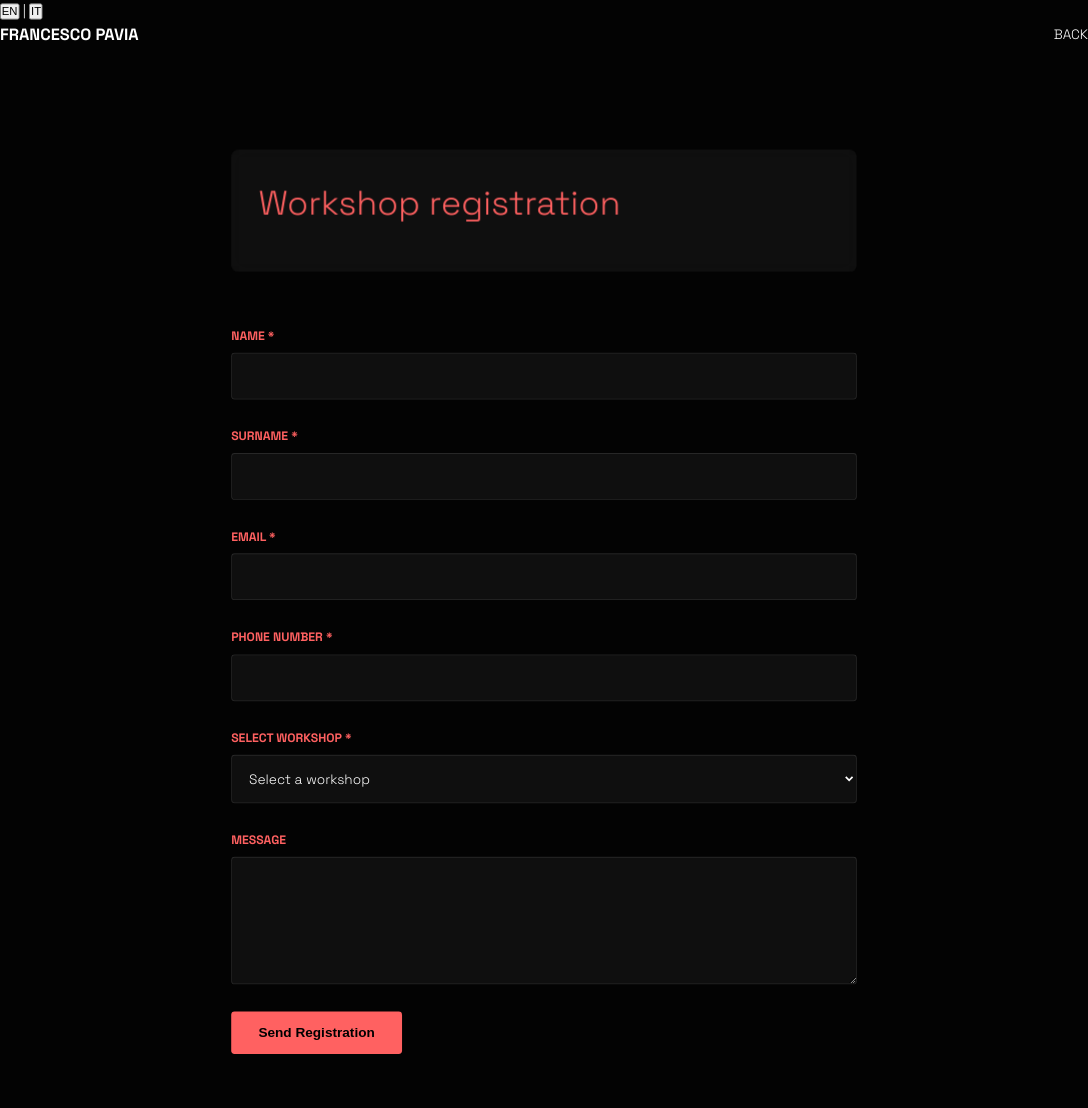
Repository: philipkdpavkia/photo-auto
Page: iscrizione.html
The author's editor kept a copy of each file at every save. The page is drawn from the files as they stood at one save, then again after the next save.
The browser window is 1280 px wide. The pictures show the whole page, at 85% of full size.

Above is the page before, as saved 2024-11-16 19:45:04.

### iscrizione.html
<!DOCTYPE html>
<html lang="en">
<head>
    <meta charset="UTF-8">
    <meta name="viewport" content="width=device-width, initial-scale=1.0">
    <title>Workshop registration - Francesco Pavia</title>
    <link href="/css/style.css" rel="stylesheet" media="screen"/>
    <link href="https://cdnjs.cloudflare.com/ajax/libs/font-awesome/6.0.0/css/all.min.css" rel="stylesheet" media="all"/>
     <!-- Script traduzioni -->
    <script>
        const translations = {
            en: {
                "back": "BACK",
                "workshop_registration": "Workshop registration",
                "name": "Name *",
                "surname": "Surname *",
                "email": "Email *",
                "phone": "Phone Number *",
                "message": "Message",
                "send_registration": "Send Registration",
                "workshop_details": {
                    "senegal": {
                        "title": "Senegal Adventures",
                        "details": "Photography workshop in Senegal • 8 days • December 12-19, 2025 • €2,000"
                    },
                    "mexico": {
                        "title": "Dia de Muertos",
                        "details": "Photography workshop in Mexico • 8 days • October 27 - November 3, 2024 • €2,000"
                    },
                    "cuba": {
                        "title": "Havana City Life",
                        "details": "Photography workshop in Cuba • 10 days • March 12-19, 2025 • €2,000"
                    }
                },
                "registration_prefix": "Registration: "
            },
            it: {
                "back": "INDIETRO",
                "workshop_registration": "Iscrizione Workshop",
                "name": "Nome *",
                "surname": "Cognome *",
                "email": "Email *",
                "phone": "Telefono *",
                "message": "Messaggio",
                "send_registration": "Invia Iscrizione",
                "workshop_details": {
                    "senegal": {
                        "title": "Senegal Adventures",
                        "details": "Workshop fotografico in Senegal • 8 giorni • 12-19 Dicembre 2025 • €2.000"
                    },
                    "mexico": {
                        "title": "Dia de Muertos",
                        "details": "Workshop fotografico in Messico • 10 giorni • 26 Ottobre - 3 Novembre 2025 • €2.000"
                    },
                    "cuba": {
                        "title": "Havana City Life",
                        "details": "Workshop fotografico a Cuba • 10 giorni • 12-19 Marzo 2025 • €2.000"
                    }
                },
                "registration_prefix": "Iscrizione: "
            }
        };

        class LanguageManager {
            constructor() {
                this.currentLang = localStorage.getItem('userLanguage') || 'en';
                document.documentElement.lang = this.currentLang;
            }

            setLanguage(lang) {
                if (translations[lang]) {
                    this.currentLang = lang;
                    localStorage.setItem('userLanguage', lang);
                    document.documentElement.lang = lang;
                    this.updateContent();
                    this.updateWorkshopDetails();
                }
            }

            translate(key) {
                return translations[this.currentLang][key] || key;
            }

            updateContent() {
                document.querySelectorAll('[data-i18n]').forEach(element => {
                    const key = element.getAttribute('data-i18n');
                    if (translations[this.currentLang][key]) {
                        element.innerHTML = translations[this.currentLang][key];
                    }
                });
            }

            updateWorkshopDetails() {
                const urlParams = new URLSearchParams(window.location.search);
                const workshop = urlParams.get('workshop');
                if (workshop && translations[this.currentLang].workshop_details[workshop]) {
                    document.getElementById('workshopTitle').textContent =
                        translations[this.currentLang].registration_prefix +
                        translations[this.currentLang].workshop_details[workshop].title;
                    document.getElementById('workshopDetails').textContent =
                        translations[this.currentLang].workshop_details[workshop].details;
                }
            }
        }

        let langManager;
        document.addEventListener('DOMContentLoaded', () => {
            langManager = new LanguageManager();
            langManager.updateContent();
            langManager.updateWorkshopDetails();
        });
    </script>
</head>
<body class="registration-page">
    <div class="lang-selector">
        <button class="lang-btn" onclick="langManager.setLanguage('en')">EN</button>
        |
        <button class="lang-btn" onclick="langManager.setLanguage('it')">IT</button>
    </div>

    <nav class="nav">
        <div class="logo" onclick="window.location.href='/'">FRANCESCO PAVIA</div>
        <div class="menu">
            <div class="menu-item" onclick="history.back()" data-i18n="back">BACK</div>
        </div>
    </nav>

    <div class="form-container">
        <div class="workshop-header">
            <h1 class="workshop-title" id="workshopTitle" data-i18n="workshop_registration">Workshop registration</h1>
            <div class="workshop-details" id="workshopDetails"></div>
        </div>

        <form action="https://formspree.io/f/mldenwbq" method="POST" class="registration-form">
            <div class="form-group">
                <label for="nome" data-i18n="name">Name *</label>
                <input type="text" id="nome" name="nome" required>
            </div>

            <div class="form-group">
                <label for="cognome" data-i18n="surname">Surname *</label>
                <input type="text" id="cognome" name="cognome" required>
            </div>

            <div class="form-group">
                <label for="email" data-i18n="email">Email *</label>
                <input type="email" id="email" name="email" required>
            </div>

            <div class="form-group">
                <label for="telefono" data-i18n="phone">Phone Number *</label>
                <input type="tel" id="telefono" name="telefono" required>
            </div>

            <div class="form-group">
                <label for="workshop-selection" data-i18n="workshop">Select Workshop *</label>
                <select id="workshop-selection" name="workshop" required>
                    <option value="">Select a workshop</option>
                    <option value="senegal">Workshop Senegal</option>
                    <option value="mexico">Workshop Mexico</option>
                    <option value="cuba">Workshop Cuba</option>
                </select>
            </div>

            <div class="form-group">
                <label for="messaggio" data-i18n="message">Message</label>
                <textarea id="messaggio" name="messaggio"></textarea>
            </div>

            <input type="hidden" name="_next" value="grazie.html">
            <input type="hidden" name="_captcha" value="false">

            <button type="submit" class="submit-button" data-i18n="send_registration">Send Registration</button>
        </form>
    </div>
</body>
</html>

### css/style.css
@font-face {
    font-family: 'Space Grotesk';
    src: url('/fonts/SpaceGrotesk-Light.woff2') format('woff2');
    font-weight: 300;
    font-display: swap;
}

@font-face {
    font-family: 'Space Grotesk';
    src: url('/fonts/SpaceGrotesk-Bold.woff2') format('woff2');
    font-weight: 700;
    font-display: swap;
}

:root {
    --primary: #ffffff;
    --background: #030303;
    --accent: #FF6161;
    --transition: all 0.4s ease;
    --overlay-bg: rgba(0, 0, 0, 0.4);
    --hover-bg: rgba(0, 0, 0, 0.6);
}

html {
    scroll-behavior: smooth;
}

* {
    margin: 0;
    padding: 0;
    box-sizing: border-box;
}

body {
    background: var(--background);
    color: var(--primary);
    font-family: 'Space Grotesk', sans-serif;
    line-height: 1.6;
    overflow-x: hidden;
}

/* Header e navigazione */
.header {
    position: fixed;
    top: 0;
    left: 0;
    right: 0;
    padding: 1rem 2rem;
    background: rgba(0, 0, 0, 0.95);
    backdrop-filter: blur(10px);
    -webkit-backdrop-filter: blur(10px);
    z-index: 1000;
    border-bottom: 1px solid rgba(255, 255, 255, 0.1);
}

.nav {
    display: flex;
    justify-content: space-between;
    align-items: center;
    max-width: 1400px;
    margin: 0 auto;
}

.logo {
    font-weight: 700;
    font-size: 1.2rem;
    color: var(--primary);
    text-decoration: none;
    transition: var(--transition);
}

.logo:hover {
    color: var(--accent);
}

.nav-links {
    display: flex;
    gap: 2.5rem;
}

.nav-links a {
    color: var(--primary);
    text-decoration: none;
    font-size: 1rem;
    text-transform: uppercase;
    transition: var(--transition);
    padding: 0.5rem 1rem;
    border-radius: 4px;
}

.nav-links a:hover {
    color: var(--accent);
    background: rgba(255, 51, 102, 0.1);
}
/* Hamburger Menu */
.hamburger {
    display: none;
    cursor: pointer;
    padding: 0.5rem;
    background: none;
    border: none;
    z-index: 1002;
}

.hamburger span {
    display: block;
    width: 25px;
    height: 2px;
    background-color: var(--primary);
    margin: 5px 0;
    transition: var(--transition);
}

/* Modifica la media query mobile esistente */
@media screen and (max-width: 720px) {
    .hamburger {
        display: block;
    }

    .nav-links {
        position: fixed;
        top: 0;
        right: -100%;
        height: 100vh;
        width: 100%;
        background: rgba(0, 0, 0, 0.95);
        backdrop-filter: blur(10px);
        -webkit-backdrop-filter: blur(10px);
        flex-direction: column;
        justify-content: center;
        align-items: center;
        gap: 2rem;
        transition: var(--transition);
        z-index: 1001;
    }

    .nav-links.active {
        right: 0;
    }

    .hamburger.active span:nth-child(1) {
        transform: rotate(45deg) translate(5px, 5px);
    }

    .hamburger.active span:nth-child(2) {
        opacity: 0;
    }

    .hamburger.active span:nth-child(3) {
        transform: rotate(-45deg) translate(7px, -6px);
    }

    body.menu-open {
        overflow: hidden;
    }
}

.instagram-link {
    color: var(--primary);
    font-size: 1.5rem;
    transition: var(--transition);
}

.instagram-link:hover {
    color: var(--accent);
    transform: scale(1.1);
}

/* Language Switcher */
.lang-switch {
    position: fixed;
    top: 1rem;
    right: 1rem;
    background: var(--accent);
    color: var(--primary);
    border: none;
    padding: 0.5rem 1rem;
    border-radius: 4px;
    cursor: pointer;
    font-family: 'Space Grotesk', sans-serif;
    font-weight: 700;
    z-index: 1001;
    transition: var(--transition);
    color:#000000;
}

.lang-switch:hover {
    transform: translateY(-2px);
    box-shadow: 0 2px 8px rgba(255, 51, 102, 0.4);
    background: #ff1f57;
}

/* Hero Section */
.hero {
    margin-top: 60px;
    display: flex;
    flex-direction: column;
    gap: 2rem;
    padding: 2rem;
}

.workshop-link {
    display: block;
    position: relative;
    width: 100%;
    height: 80vh;
    overflow: hidden;
    transition: var(--transition);
}

.workshop-link:hover img {
    transform: scale(1.05);
}

.workshop-link img {
    width: 100%;
    height: 100%;
    object-fit: cover;
    transition: transform 0.6s ease-in-out;
}

.workshop-text {
    position: absolute;
    top: 50%;
    left: 50%;
    transform: translate(-50%, -50%);
    text-align: center;
    z-index: 2;
    width: 100%;
    padding: 0 1rem;
    display: flex;
    flex-direction: column;
    gap: 1rem;
    align-items: center;
}

.workshop-text h2 {
    font-size: 4rem;
    color: var(--accent);
    font-weight: normal;
    background: var(--overlay-bg);
    padding: 0.5rem;
    border-radius: 4px;
    width: fit-content;
    transition: var(--transition);
}

.workshop-link:hover .workshop-text h2 {
    background: var(--hover-bg);
    transform: translateY(-5px);
}

.workshop-text p {
    font-size: 1.5rem;
    color: var(--primary);
    text-shadow: 2px 2px 4px rgba(0, 0, 0, 0.8);
    background: var(--overlay-bg);
    padding: 0.5rem;
    border-radius: 4px;
    width: fit-content;
    transition: var(--transition);
}

.workshop-link:hover .workshop-text p {
    background: var(--hover-bg);
    transform: translateY(5px);
}

/* Section Titles */
.section-separator {
    padding-top: 8rem; /* Spazio per l'ancoraggio sotto l'header fisso */
    margin-top: 2rem;
}

.separator {
    display: flex;
    align-items: center;
    justify-content: center;
    gap: 2rem;
    margin-bottom: 4rem;
}

.separator .line {
    height: 1px;
    width: 100px;
    background: var(--accent);
    opacity: 0.5;
}

.separator .section-title {
    margin: 0;
    padding: 0;
    white-space: nowrap;
}

/* Offset per l'ancoraggio smooth */
html {
    scroll-padding-top: 100px; /* Aggiusta questo valore in base all'altezza del tuo header */
}

/* Gallery */
.gallery {
    display: grid;
    grid-template-columns: repeat(3, 1fr);
    gap: 1rem;
    padding: 0 1rem;
}

.gallery-item {
    aspect-ratio: 4/3;
    overflow: hidden;
    border-radius: 4px;
    transition: var(--transition);
}

.gallery-item:hover {
    transform: translateY(-5px);
    box-shadow: 0 5px 15px rgba(0, 0, 0, 0.3);
}

.gallery-item img {
    width: 100%;
    height: 100%;
    object-fit: cover;
    transition: transform 0.6s ease-in-out;
}

.gallery-item:hover img {
    transform: scale(1.1);
}

/* About Section */
.about {
    padding: 4rem 2rem;
    max-width: 1200px;
    margin: 0 auto;
}

.about h2 {
    font-size: 2rem;
    font-weight: normal;
    margin-bottom: 2rem;
    text-transform: uppercase;
    color: var(--accent);
}

.about p {
    font-size: 1rem;
    max-width: 800px;
    margin-bottom: 1rem;
    line-height: 1.8;
}

/* Philosophy Section */
.philosophy {
    margin-top: 3rem;
    padding: 2rem;
    background: rgba(255, 255, 255, 0.05);
    border-radius: 8px;
}

.philosophy h3 {
    font-size: 1.5rem;
    font-weight: normal;
    margin-bottom: 1rem;
    text-transform: uppercase;
    color: var(--accent);
}

.philosophy ul {
    list-style: none;
}

.philosophy li {
    font-size: 1rem;
    margin-bottom: 0.5rem;
    padding-left: 1.5rem;
    position: relative;
}

.philosophy li::before {
    content: "•";
    color: var(--accent);
    position: absolute;
    left: 0;
    font-size: 1.2em;
}

/* Contact Section */
.contact {
    padding: 4rem 2rem;
    max-width: 1200px;
    margin: 0 auto;
}

.contact h2 {
    font-size: 2rem;
    font-weight: normal;
    margin-bottom: 2rem;
    text-transform: uppercase;
    color: var(--accent);
}

.contact-section {
    margin-bottom: 2rem;
    padding: 2rem;
    background: rgba(255, 255, 255, 0.05);
    border-radius: 8px;
    transition: var(--transition);
}

.contact-section:hover {
    background: rgba(255, 255, 255, 0.08);
    transform: translateY(-2px);
}

.contact-section h3 {
    font-size: 1.5rem;
    font-weight: normal;
    margin-bottom: 1rem;
    text-transform: uppercase;
}

.contact-section p {
    margin-bottom: 0.5rem;
}

.contact-section a {
    color: var(--accent);
    text-decoration: none;
    transition: var(--transition);
    display: inline-block;
}

.contact-section a:hover {
    text-decoration: none;
    transform: translateX(5px);
}
/* Workshop Button */
.workshop-button {
    display: inline-block;
    width: 100%;
    padding: 0.5rem 1rem;
    background: var(--accent);
    color: var(--primary);
    border: none;
    border-radius: 4px;
    cursor: pointer;
    font-family: 'Space Grotesk', sans-serif;
    font-weight: 700;
    text-align: center;
    text-decoration: none;
    transition: var(--transition);
    color: #000000;
}

.workshop-button:hover {
    transform: translateY(-2px);
    box-shadow: 0 2px 8px rgba(255, 51, 102, 0.4);
    background: #ff1f57;
}

/* Media Queries */
/* Breakpoint per tablet e schermi medi (tra 721px e 1024px) */
@media screen and (min-width: 721px) and (max-width: 1024px) {
    .nav-links {
        gap: 1.5rem; /* Ridotto lo spazio tra i link */
    }

    .instagram-link {
        margin-right: 4rem; /* Spazio a destra per il language switcher */
    }

    .lang-switch {
        right: 1rem;
        top: 1rem;
    }

    .nav {
        padding-right: 5rem; /* Spazio extra a destra per evitare sovrapposizioni */
    }
}
/* Media Queries */
@media screen and (min-width: 721px) and (max-width: 1024px) {
    .nav-links {
        gap: 1.5rem;
    }

    .instagram-link {
        margin-right: 4rem;
    }

    .nav {
        padding-right: 5rem;
    }
}

@media screen and (max-width: 720px) {
    /* Layout di navigazione */
    .nav {
        display: flex;
        align-items: center;
        justify-content: space-between;
        padding: 0.5rem 1rem;
    }

    .logo {
        font-size: 0.9rem;
        z-index: 1002;
    }

    /* Hamburger Menu */
    .hamburger {
        display: flex;
        flex-direction: column;
        gap: 6px;
        background: none;
        border: none;
        padding: 0.5rem;
        cursor: pointer;
        margin-left: auto;
        margin-right: 3rem;
        z-index: 1002;
    }

    .hamburger span {
        display: block;
        width: 24px;
        height: 2px;
        background: var(--primary);
        transition: var(--transition);
    }

    .hamburger.active span:first-child {
        transform: translateY(8px) rotate(45deg);
    }

    .hamburger.active span:nth-child(2) {
        opacity: 0;
    }

    .hamburger.active span:last-child {
        transform: translateY(-8px) rotate(-45deg);
    }

    /* Menu Mobile */
    .nav-links {
        position: fixed;
        top: 0;
        right: -100%;
        height: 100vh;
        width: 100%;
        background: rgba(0, 0, 0, 0.95);
        backdrop-filter: blur(10px);
        -webkit-backdrop-filter: blur(10px);
        display: flex;
        flex-direction: column;
        justify-content: center;
        align-items: center;
        gap: 2rem;
        transition: var(--transition);
        z-index: 1001;
    }

    .nav-links.active {
        right: 0;
    }

    .nav-links a {
        font-size: 1.2rem;
        padding: 1rem 2rem;
    }

    /* Language Switcher Mobile */
    .lang-switch {
        position: fixed;
        top: 1rem;
        right: 1rem;
        padding: 0.4rem 0.8rem;
        font-size: 0.9rem;
        z-index: 1002;
    }

    /* Contenuto principale Mobile */
    .section-title {
        font-size: 2.5rem;
    }

    .gallery {
        grid-template-columns: 1fr;
    }

    .workshop-link {
        height: 50vh;
    }

    .workshop-text h2 {
        font-size: 2rem;
    }

    .workshop-text p {
        font-size: 1rem;
    }

    .about h2,
    .contact h2 {
        font-size: 1.5rem;
    }

    .about p {
        font-size: 0.9rem;
    }

    .philosophy h3,
    .contact-section h3 {
        font-size: 1.2rem;
    }

    .about,
    .contact {
        padding: 2rem 1rem;
    }

    .philosophy,
    .contact-section {
        padding: 1rem;
    }

    body.menu-open {
        overflow: hidden;
    }
}

/* Extra Small Devices */
@media screen and (max-width: 360px) {
    .logo {
        font-size: 0.8rem;
    }

    .nav-links {
        gap: 1rem;
    }

    .nav-links a {
        font-size: 0.7rem;
        padding: 0.2rem 0.4rem;
    }
}
    /* Registration Page Styles */
    .registration-page {
        background: var(--background);
        min-height: 100vh;
    }

    .registration-page .form-container {
        max-width: 800px;
        margin: 0 auto;
        padding: 120px 2rem 4rem;
    }

    .registration-page .workshop-header {
        margin-bottom: 4rem;
        padding: 2rem;
        background: rgba(255, 255, 255, 0.05);
        border-radius: 8px;
        backdrop-filter: blur(10px);
    }

    .registration-page .workshop-title {
        font-size: 2.5rem;
        color: var(--accent);
        margin-bottom: 1rem;
        font-weight: 300;
    }

    .registration-page .workshop-details {
        color: var(--primary);
        font-size: 1.1rem;
        opacity: 0.8;
    }

    .registration-page .registration-form {
        display: grid;
        gap: 2rem;
    }

    .registration-page .form-group {
        display: flex;
        flex-direction: column;
        gap: 0.5rem;
    }

    .registration-page label {
        font-size: 0.9rem;
        text-transform: uppercase;
        color: var(--accent);
        font-weight: 700;
    }

    .registration-page input,
    .registration-page textarea,
    .registration-page select {
        padding: 1rem;
        background: rgba(255, 255, 255, 0.05);
        border: 1px solid rgba(255, 255, 255, 0.1);
        border-radius: 4px;
        color: var(--primary);
        font-family: 'Space Grotesk', sans-serif;
        font-size: 1rem;
        transition: var(--transition);
    }

    .registration-page input:focus,
    .registration-page textarea:focus,
    .registration-page select:focus {
        outline: none;
        border-color: var(--accent);
        background: rgba(255, 255, 255, 0.08);
    }

    .registration-page textarea {
        min-height: 150px;
        resize: vertical;
    }

    .registration-page .submit-button {
        justify-self: start;
        padding: 1rem 2rem;
        background: var(--accent);
        color: #000;
        border: none;
        border-radius: 4px;
        font-size: 1rem;
        font-weight: 700;
        cursor: pointer;
        transition: var(--transition);
    }

    .registration-page .submit-button:hover {
        transform: translateY(-2px);
        box-shadow: 0 2px 8px rgba(255, 51, 102, 0.4);
        background: #ff1f57;
    }

    @media (max-width: 768px) {
        .registration-page .form-container {
            padding: 100px 1rem 2rem;
        }

        .registration-page .workshop-title {
            font-size: 2rem;
        }

        .registration-page .workshop-details {
            font-size: 1rem;
        }
    }

After the next save:
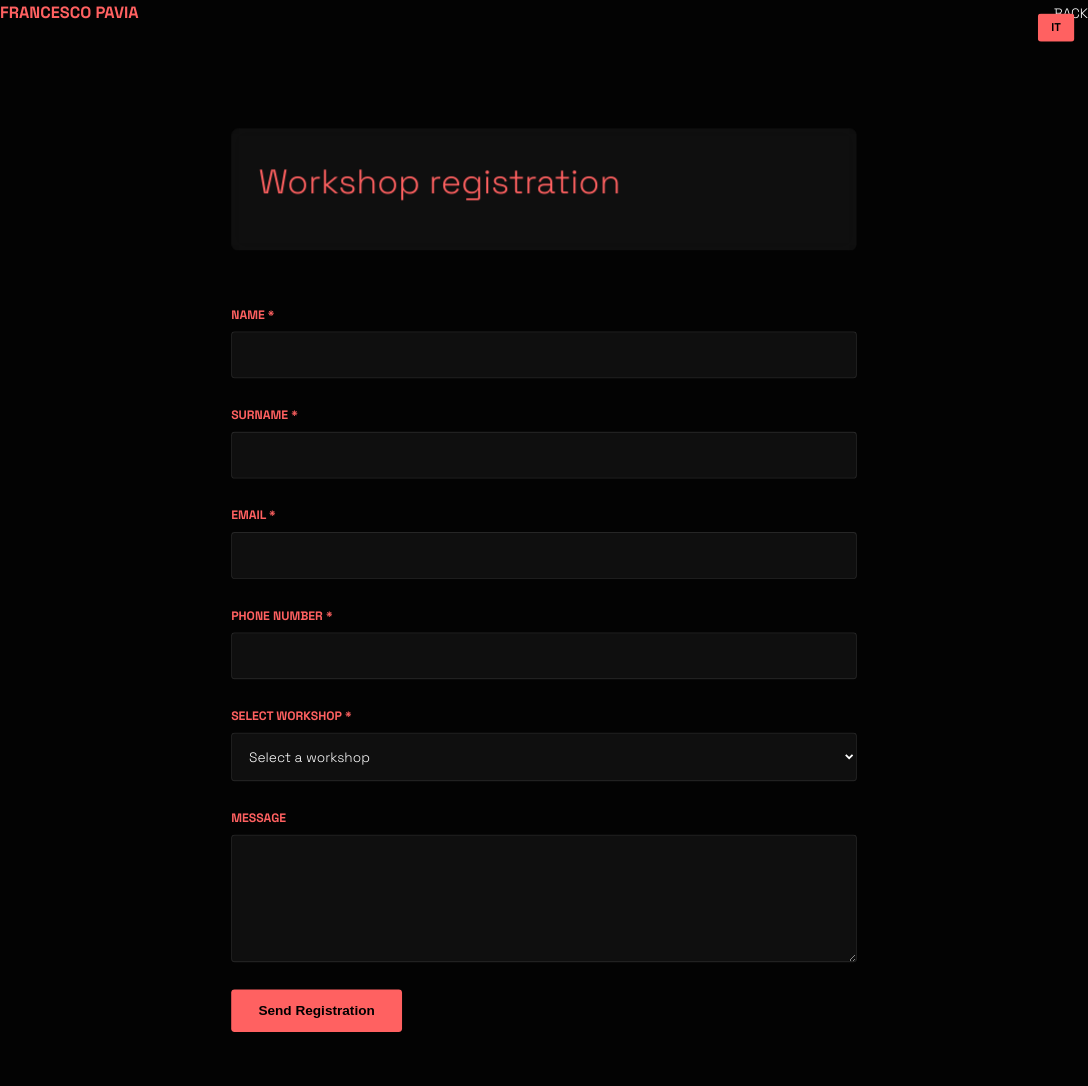
Saved 112 s later.
--- a/iscrizione.html
+++ b/iscrizione.html
@@ -113,9 +113,7 @@
 </head>
 <body class="registration-page">
     <div class="lang-selector">
-        <button class="lang-btn" onclick="langManager.setLanguage('en')">EN</button>
-        |
-        <button class="lang-btn" onclick="langManager.setLanguage('it')">IT</button>
+        <button class="lang-switch" id="langSwitch" onclick="langManager.setLanguage('it')">IT</button>
     </div>
 
     <nav class="nav">
